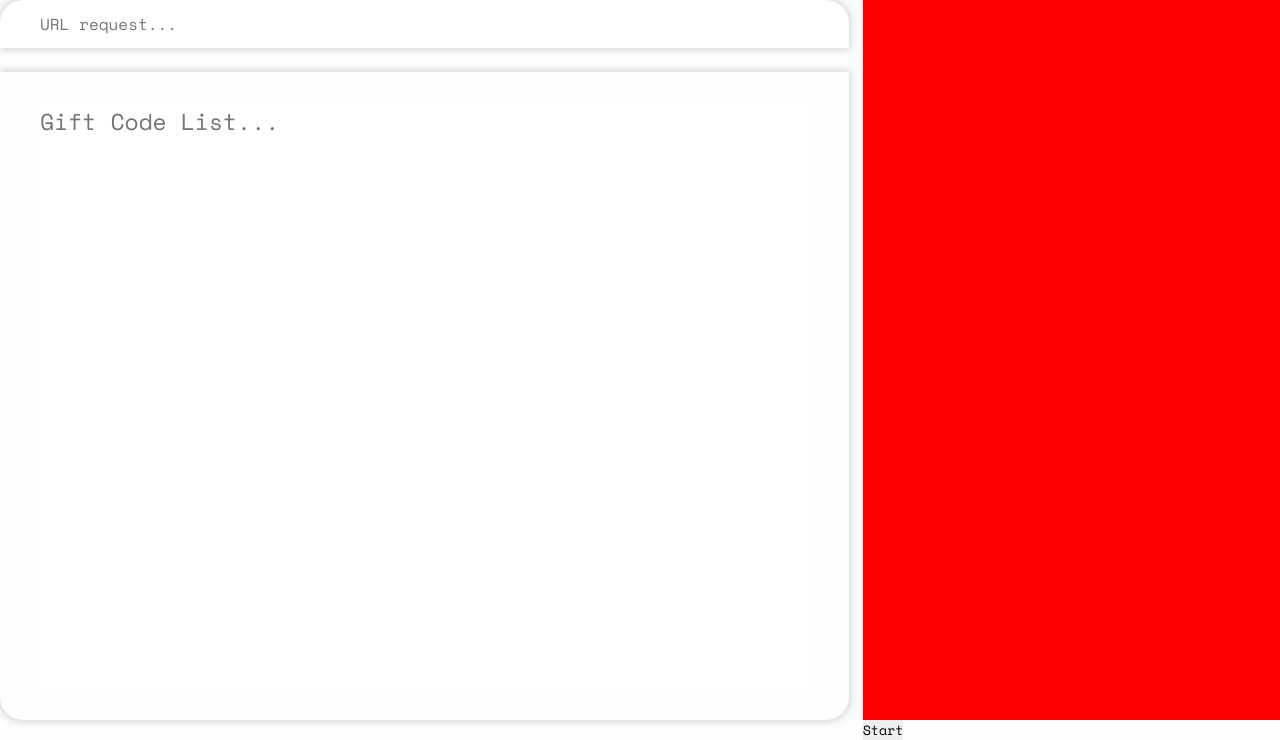
Repository: 777hanh777hanh/test
Page: index.html
The author's editor kept a copy of each file at every save. The page is drawn from the files as they stood at one save, then again after the next save.
The browser window is 1280 px wide. The pictures show the whole page.

Above is the page before, as saved 2023-06-30 17:25:16.

### index.html
<!DOCTYPE html>
<html lang="en">
    <head>
        <meta charset="UTF-8" />
        <meta name="viewport" content="width=device-width, initial-scale=1.0" />
        <title>Request API</title>
        <!-- Fonts -->
        <link rel="preconnect" href="https://fonts.googleapis.com" />
        <link rel="preconnect" href="https://fonts.gstatic.com" crossorigin />
        <link
            href="https://fonts.googleapis.com/css2?family=Space+Mono:wght@400;700&display=swap"
            rel="stylesheet"
        />
        <!-- CSS -->
        <link rel="stylesheet" href="./assets/css/reset.css" />
        <link rel="stylesheet" href="./assets/css/style.css" />
    </head>
    <body>
        <div class="inner">
            <!-- Input URL -->
            <div class="url-block">
                <input type="text" name="" id="url" class="url" placeholder="URL request..."></input>
            </div>
            <!-- Text Area -->
            <div class="giftCode-block">
                <textarea name="" id="giftCode" class="giftCode" placeholder="Gift Code List..."></textarea>
            </div>

            <!-- Result Block -->
            <div class="result-block">
                <div class="result"></div>
                <button class="btn">Start</button>
            </div>
        </div>
        <script src="./assets/js/main.js"></script>
    </body>
</html>

### assets/css/reset.css
html,
body,
div,
span,
applet,
object,
iframe,
h1,
h2,
h3,
h4,
h5,
h6,
p,
blockquote,
pre,
a,
abbr,
acronym,
address,
big,
cite,
code,
del,
dfn,
em,
img,
ins,
kbd,
q,
s,
samp,
small,
strike,
strong,
sub,
sup,
tt,
var,
b,
u,
i,
center,
dl,
dt,
dd,
ol,
ul,
li,
fieldset,
form,
label,
legend,
table,
caption,
tbody,
tfoot,
thead,
tr,
th,
td,
article,
aside,
canvas,
details,
embed,
figure,
figcaption,
footer,
header,
hgroup,
menu,
nav,
output,
ruby,
section,
summary,
time,
mark,
audio,
video {
    margin: 0;
    padding: 0;
    border: 0;
    font-size: 100%;
    font: inherit;
    vertical-align: baseline;
}
/* HTML5 display-role reset for older browsers */
article,
aside,
details,
figcaption,
figure,
footer,
header,
hgroup,
menu,
nav,
section {
    display: block;
}
body {
    line-height: 1;
}
ol,
ul {
    list-style: none;
}
blockquote,
q {
    quotes: none;
}
blockquote:before,
blockquote:after,
q:before,
q:after {
    content: '';
    content: none;
}
table {
    border-collapse: collapse;
    border-spacing: 0;
}

button,
input,
textarea,
[tabindex] {
    outline: none;
    border: none;
    font-family: inherit;
}

a {
    text-decoration: none;
}

### assets/css/style.css
:root {
    --text-color: #333;
    --font-family: 'Space Mono', monospace;
}

* {
    padding: 0;
    margin: 0;
    box-sizing: border-box;
}

html {
    font-size: 62.5%;
}

body {
    min-height: 100vh;
    font-family: var(--font-family, 'system-ui');
    -webkit-font-smoothing: antialiased;
    -moz-osx-font-smoothing: grayscale;
    font-size: 1.6rem;
    overflow: overlay;
    background: #fefefe;
}

html *::-webkit-scrollbar {
    border-radius: 0;
    width: 8px;
}
html *::-webkit-scrollbar-thumb {
    border-radius: 4px;
    background-color: rgba(22, 24, 35, 0.06);
}
html *::-webkit-scrollbar-track {
    border-radius: 0;
    background-color: rgba(0, 0, 0, 0);
}

/* CSS */
.inner {
    min-height: 100vh;
    display: grid;
    grid-template-columns: repeat(3, 1fr);
    grid-template-rows: auto 3fr;
    grid-template-areas:
        'url url result'
        'giftCode giftCode result';
    column-gap: 14px;
    row-gap: 24px;
}

/* Input Block */
.url-block {
    grid-area: url;
}

.url {
    display: block;
    padding: 12px 40px;
    width: 100%;
    height: 100%;
    font-size: 1.6rem;
    border-radius: 23px 23px 0 0;
    box-shadow: 0 0 10px 1px #ccc;
}

.giftCode-block {
    grid-area: giftCode;
    padding: 32px 40px;
    border-radius: 0 0 23px 23px;
    box-shadow: 0 0 10px 1px #ccc;
}

.giftCode {
    display: block;
    width: 100%;
    height: 100%;
    font-size: 2.3rem;
    font-family: var(--font-family, 'monospace');
    resize: none;
}

.result-block {
    grid-area: result;
    background: red;
}

.result {
    width: 100%;
    height: 100%;
}

Loaded but not shown: assets/js/main.js (no stored copy; drawn as an empty file)

After the next save:
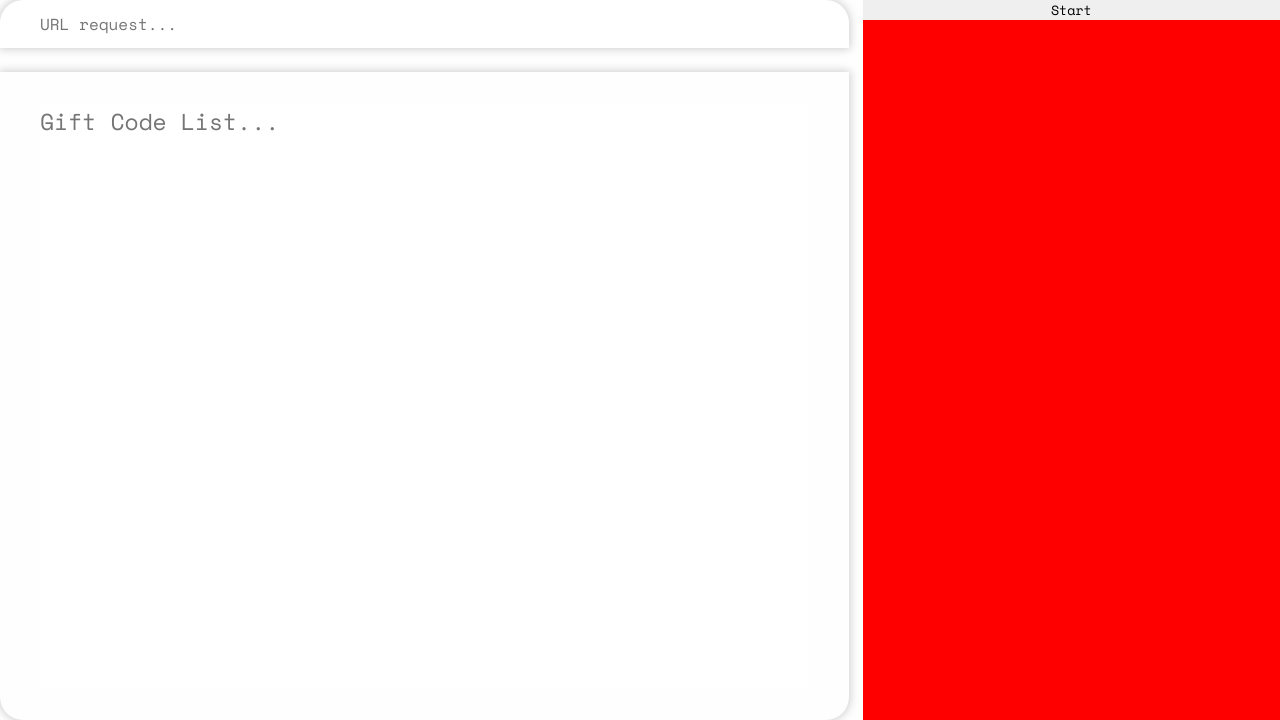
Saved 21 s later.
--- a/assets/css/style.css
+++ b/assets/css/style.css
@@ -82,10 +82,10 @@ html *::-webkit-scrollbar-track {
 
 .result-block {
     grid-area: result;
+    display: flex;
+    flex-direction: column;
     background: red;
 }
 
 .result {
-    width: 100%;
-    height: 100%;
 }
